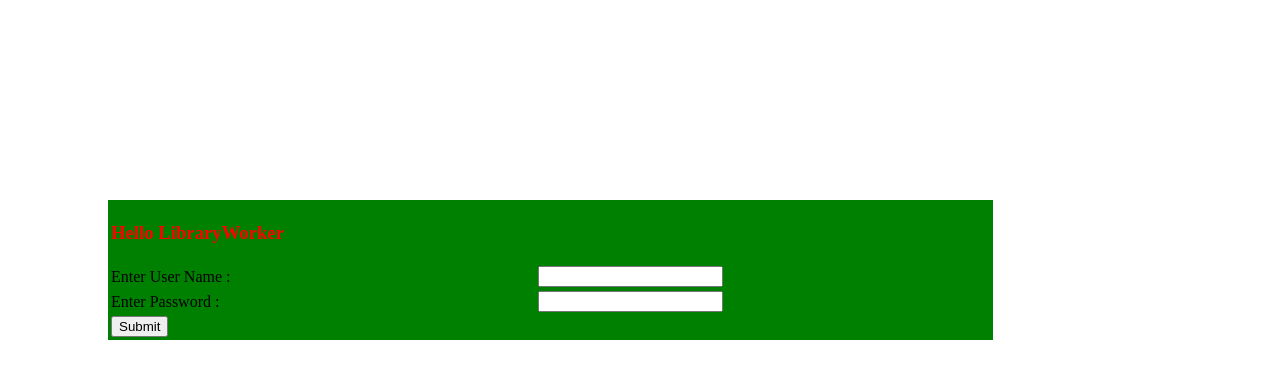
Repository: shulamitProjects/Java
Page: http://localhost/ProjectLibary/LoginWorker.jsp
The author's editor kept a copy of each file at every save. The page is drawn from the files as they stood at one save, then again after the next save.
The browser window is 1280 px wide. The pictures show the whole page.
The page is served by Tomcat 10.

Above is the page before, as saved 2024-01-29 10:24:44.

After the next save:
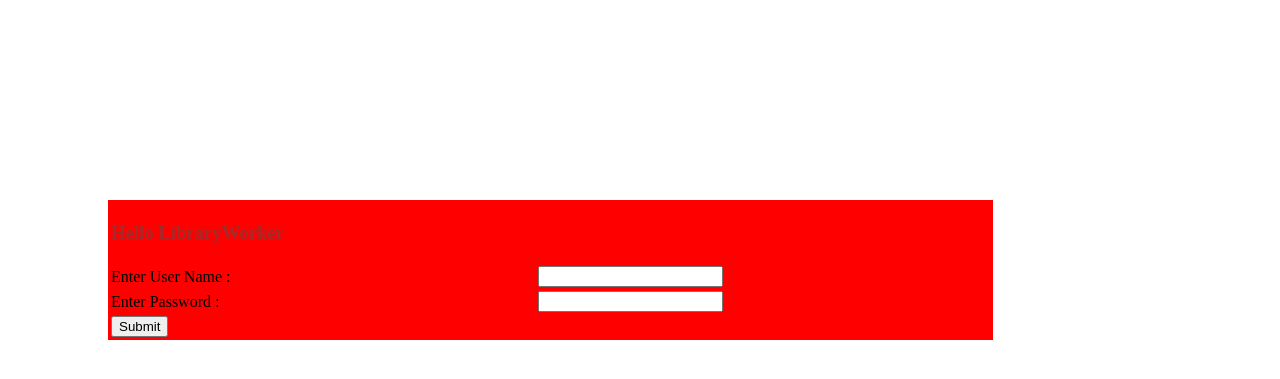
Saved 16 s later.
--- a/project/project_25-01/ProjectLibary/src/main/webapp/LoginWorker.jsp
+++ b/project/project_25-01/ProjectLibary/src/main/webapp/LoginWorker.jsp
@@ -10,11 +10,11 @@
 <body>
 	<form method="get" action="registration/controller/LibraryWorkerServlet">
 		<table
-			style="width: 70%; background-color: green; margin-top: 200px; margin-left: 100px; margin-right: 200px;">
+			style="width: 70%; background-color: red; margin-top: 200px; margin-left: 100px; margin-right: 200px;">
 
 			<tr>
 				<td>
-					<h3 style="color: red">Hello LibraryWorker</h3>
+					<h3 style="color: brown">Hello LibraryWorker</h3>
 				</td>
 			</tr>
 			<tr>
